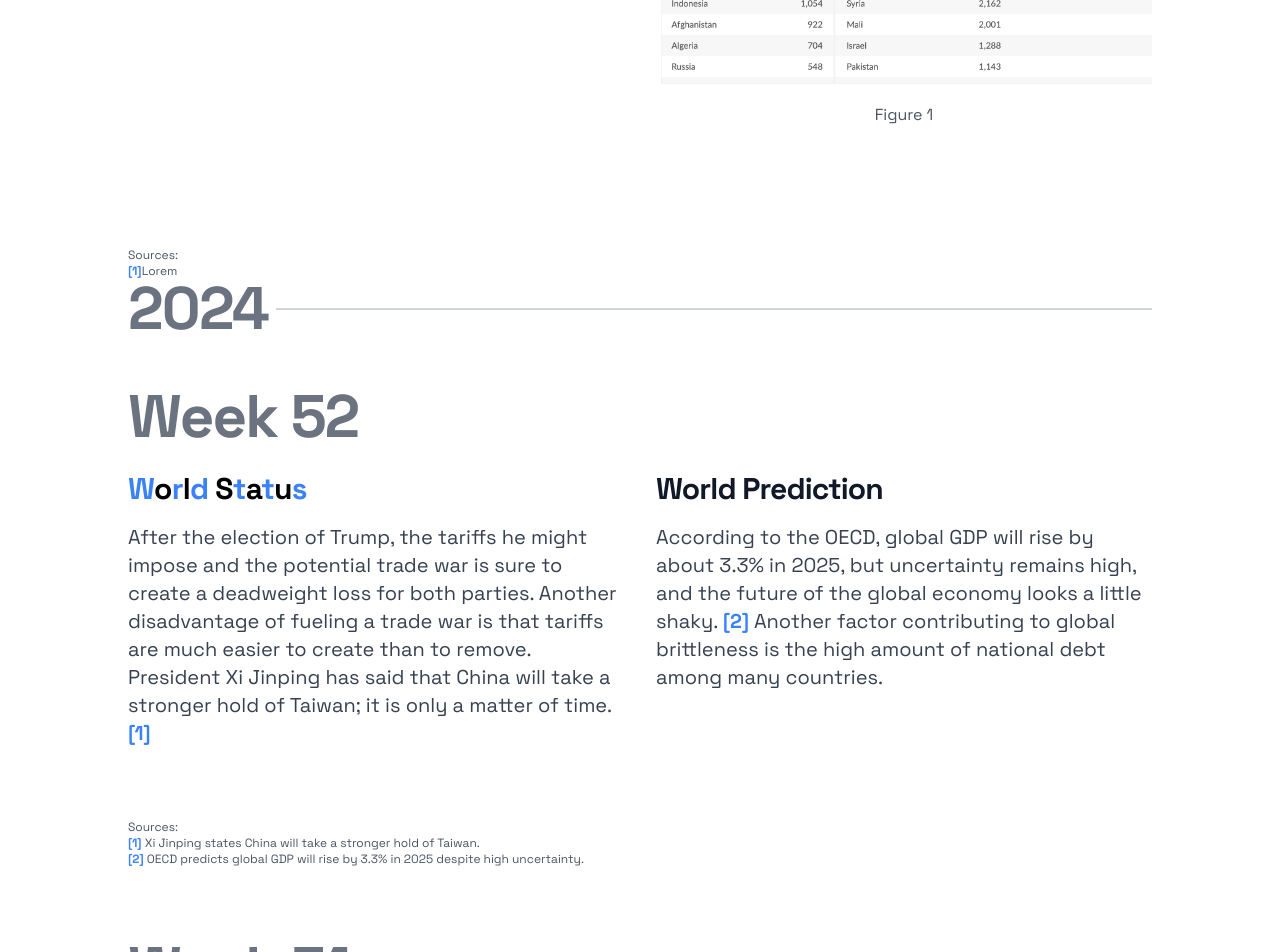
Repository: Larshalvorhansen/personalWebsite
Page: content/economicOutlook.html
An editor plug-in stored every save of this project. The page is shown before and after the next save, followed by the edit.
The browser window is 1280 px wide. The pictures show the part of the page from y = 1090 to 2042 px (the page is 3297 px tall before and 3273 px after).
A picture or video elsewhere on the page could not be fetched, so the positions and the page height are approximate. Some web fonts or font styles are not loaded; a fallback is used. Some web libraries are served in a nearby version.

Above is the page before, as saved 2025-02-06 15:54:46.

After the next save:
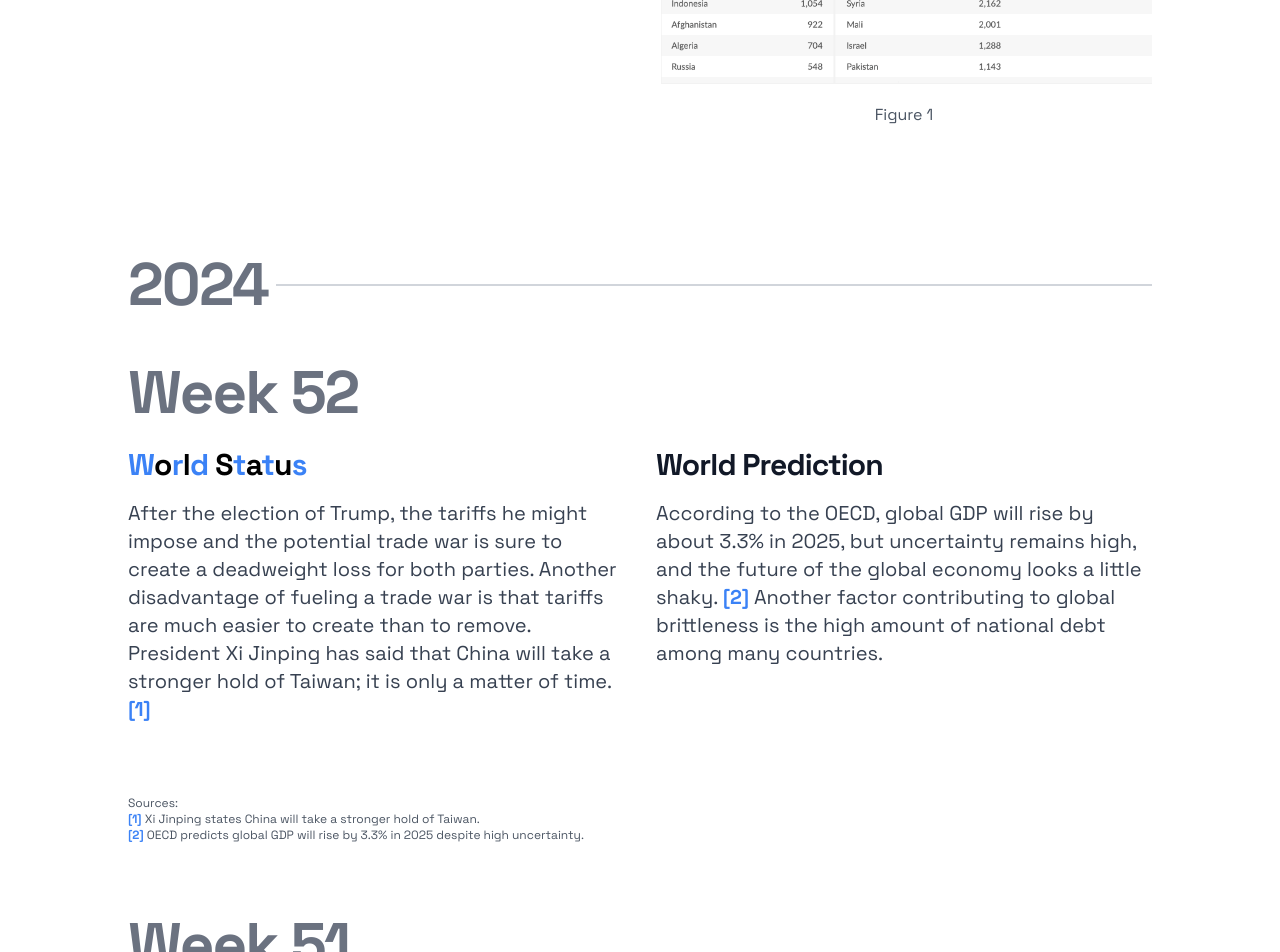
Saved 67 s later.
--- a/content/economicOutlook.html
+++ b/content/economicOutlook.html
@@ -164,11 +164,11 @@
                     </p>
                 </div> -->
                 <!-- Sources -->
-                <div class="text-xs text-gray-600 mt-6">
+                <!-- <div class="text-xs text-gray-600 mt-6">
                     <br>Sources:
                     <br><a href="https://ourworldindata.org/grapher/countries-democracies-autocracies-row?facet=none"
                         class="text-blue-500 font-bold">[1]</a>Lorem
-                </div>
+                </div> -->
                 <br>
                 <br>
             </div>
